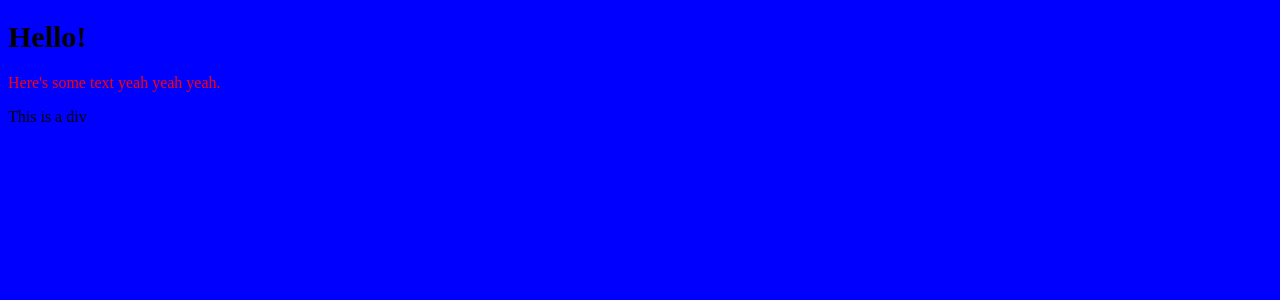
Repository: OperationSpark/teacher-training-curriculum
Page: Lesson4.html
The author's editor kept a record of every edit. The page is drawn from the files as they stood at one moment, then again after the next edit.
The browser window is 1280 px wide. The pictures show the whole page.

Above is the page before.

### Lesson4.html
<!DOCTYPE html>
<html>
    <head>
        <title>CSS!</title>
        <style type="text/css">
            body {
            background-color: blue;
            }

            h1 {
                    font-size: 30px;
            }

            p  {
                    color: red;
            }
        </style>
    </head>
    <body>

        <h1>Hello!</h1>
        <p>Here's some text yeah yeah yeah.</p>

        <div>This is a div</div>

    </body>
</html>

After the next edit:
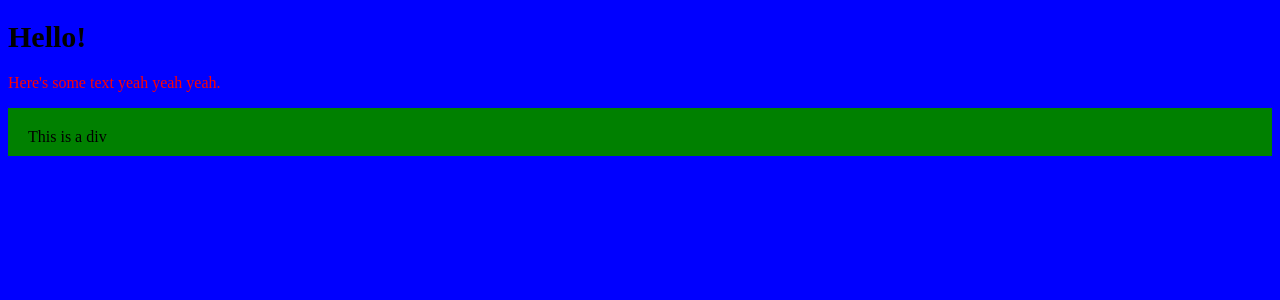
The edit:
--- a/Lesson4.html
+++ b/Lesson4.html
@@ -14,6 +14,14 @@
             p  {
                     color: red;
             }
+
+            div {
+                    padding-top: 20px;
+                    padding-right: 10px;
+                    padding-bottom: 10px;
+                    padding-left: 20px;
+                    background-color: green;
+                }
         </style>
     </head>
     <body>
